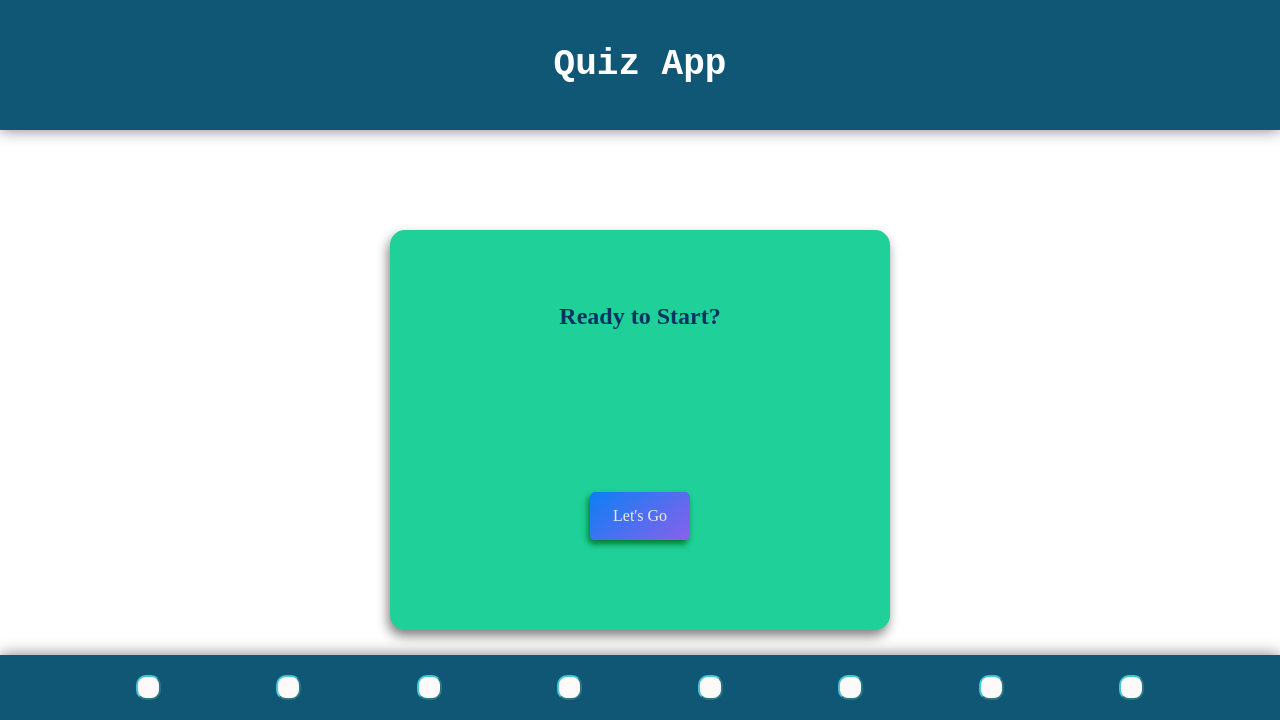
Repository: tpic12/quiz_app
Page: index.html
The author's editor kept a copy of each file at every save. The page is drawn from the files as they stood at one save, then again after the next save.
The browser window is 1280 px wide. The pictures show the whole page.

Above is the page before, as saved 2019-12-14 04:53:37.

### index.html
<!DOCTYPE html>
<html lang="en">

<head>
  <meta charset="UTF-8">
  <meta name="viewport" content="width=device-width, initial-scale=1.0">
  <meta http-equiv="X-UA-Compatible" content="ie=edge">
  <title>Quiz App</title>
  <link href="https://cdnjs.cloudflare.com/ajax/libs/normalize/8.0.1/normalize.min.css" rel="stylesheet"
    type="text/css" />
  <link href="app.css" rel="stylesheet" type="text/css" />
</head>

<body>
  <header>
    <section class='banner'>
      <h1>Quiz App</h1>
    </section>
  </header>
  <main class='display'>

  </main>
  <footer>
    <section class='counts'>
        <div class='count 0'></div>
        <div class='count 1'></div>
        <div class='count 2'></div>
        <div class='count 3'></div>
        <div class='count 4'></div>
        <div class='count 5'></div>
        <div class='count 6'></div>
        <div class='count 7'></div>
    </section>
  </footer>
  <script src="https://code.jquery.com/jquery-3.4.1.slim.js" crossorigin="anonymous"></script>
  <script src="app.js"></script>
</body>

</html>

### app.css
/* Your styles should be mobile-first and responsive */

/**
  * If you are unclear on how to utilize a mobile-first, responsive technique to write your CSS, here is an example:
  *
  * https://github.com/andreacardybailey/responsive_example/blob/master/styles/responsive-base.css
  *
*/
* {
  box-sizing: border-box;
  margin: 0;
}

.banner h1 {
  font-family: monospace;
  font-size: 36px;
}

.banner,
footer {
  color: white;
  font-family: monospace;
  padding: 20px;
  width: 100%;
  text-align: center;
  background-color: hsl(198, 76%, 26%);
  box-shadow: 0px 0px 15px grey;
  border-bottom: none;
  left: 0;
}

.main_card {
  display: flex;
  flex-flow: column wrap;
  margin: auto;
  margin-top: 100px;
  max-width: 500px;
  min-width: 200px;
  min-height: 400px;
  text-align: center;
  justify-content: space-evenly;
  align-content: space-around;
  background-color: hsl(161, 74%, 47%);
  border-radius: 15px;
  padding: 20px;
  border: none;
  box-shadow: -2px 6px 12px grey;
}

button {
  margin: 30%;
  margin-bottom: 10%;
  color: hsl(0, 7%, 92%);
  background: linear-gradient(140deg, hsl(210, 91%, 50%), hsl(258, 78%, 65%));
  border: none;
  max-width: 130px;
  min-width: 100px;
  border-radius: 5px;
  padding: 15px;
  box-shadow: -2px 4px 6px hsl(142, 98%, 24%);
}

.mid-card {
  display: flex;
  flex-flow: column wrap;
  margin: auto;
  margin-top: 100px;
  max-width: 400px;
  min-width: 200px;
  text-align: center;
  align-content: center;
  background-color: hsl(161, 74%, 47%);
  border-radius: 15px;
  padding: 20px;
  border: none;
  box-shadow: -2px 6px 12px grey;
}

.main_card h2 {
  margin-top: 30px;
  font-weight: bolder;
  color: hsl(210, 90%, 20%);
}

.show {
  display: none !important;
}

input {
  margin: 20px 15px 20px 65px;
}

footer {
  position: fixed;
  bottom: 0;
  left: 0;
}

.counts {
  display: flex;
  justify-content: space-evenly;
}

.count {
  border: 2px outset hsl(186, 63%, 55%);
  border-radius: 40%;
  flex-direction: row;
  width: 25px;
  height: 25px;
  background-color: hsl(0, 100%, 99%);
}

h1 {
  font-family: sans-serif;
}

.green {
  background-color: green !important;
}

.red {
  background-color: red !important;
}

#snackbar {
  visibility: hidden;
  min-width: 250px;
  margin-left: -125px;
  background-color: #333;
  color: #fff;
  text-align: center;
  border-radius: 2px;
  padding: 16px;
  position: fixed;
  z-index: 1;
  left: 50%;
  bottom: 30px;
}

#snackbar.show {
  visibility: visible; /* Show the snackbar */
  /* Add animation: Take 0.5 seconds to fade in and out the snackbar.
  However, delay the fade out process for 2.5 seconds */
  -webkit-animation: fadein 0.5s, fadeout 0.5s 2.5s;
  animation: fadein 0.5s, fadeout 0.5s 2.5s;
}

/* Animations to fade the snackbar in and out */
@-webkit-keyframes fadein {
  from {
    bottom: 0;
    opacity: 0;
  }
  to {
    bottom: 30px;
    opacity: 1;
  }
}

@keyframes fadein {
  from {
    bottom: 0;
    opacity: 0;
  }
  to {
    bottom: 30px;
    opacity: 1;
  }
}

@-webkit-keyframes fadeout {
  from {
    bottom: 30px;
    opacity: 1;
  }
  to {
    bottom: 0;
    opacity: 0;
  }
}

@keyframes fadeout {
  from {
    bottom: 30px;
    opacity: 1;
  }
  to {
    bottom: 0;
    opacity: 0;
  }
}

### app.js
/**
 * Example store structure
 */
'use strict';

const STORE = {
  // 5 or more questions are required
  questions: [
    {
      question: 'How many items in a bakers dozen??',
      answers: ['11', '12', '13', '3'],
      correctAnswer: '13'
    },
    {
      question: 'What month is Oktoberfest held?',
      answers: ['September', 'October', 'Every Month', 'August'],
      correctAnswer: 'September'
    },
    {
      question: 'What color is an Orange Blossom?',
      answers: ['Red', 'Orange', 'Pink', 'White'],
      correctAnswer: 'White'
    },
    {
      question: 'Where did the Panama Hat originate?',
      answers: ['Ecuador', 'Panama', 'China', 'Cuba'],
      correctAnswer: 'Ecuador'
    },
    {
      question: 'What are toy marbles made from?',
      answers: ['Plastic', 'Quartz', 'Diamond', 'Glass'],
      correctAnswer: 'Glass'
    },
    {
      question: 'How many gallons are in a ten-gallon hat?',
      answers: [
        'Half a Gallon',
        'Ten-Gallons',
        'Three-Fourths of a Gallon',
        'Give-Gallon'
      ],
      correctAnswer: 'Three-Fourths of a Gallon'
    },
    {
      question: 'What is the biggest animal to ever live?',
      answers: ['Mammoth', 'T-Rex', 'Blue Whale', 'Brontosaurus'],
      correctAnswer: 'Blue Whale'
    },
    {
      question: 'Where is the red-bellied woodpecker predominately red?',
      answers: ['Head', 'Wings', 'Feet', 'Belly'],
      correctAnswer: 'Head'
    }
  ],
  questionNumber: 0,
  score: 0,
  quizStart: false
};

/**
 *
 * Your app should include a render() function, that regenerates
 * the view each time the store is updated. See your course
 * material, consult your instructor, and reference the slides
 * for more details.
 *
 * NO additional HTML elements should be added to the index.html file.
 *
 * You may add attributes (classes, ids, etc) to the existing HTML elements, or link stylesheets or additional scripts if necessary
 *
 */

/**
 * This function renders the quiz after you start, ...
 * answer a question, or restart the quiz
 */
function renderStartQuiz() {
  const mainCard = `<section class="main_card">
      <h2>Ready to Start?</h2>
      <button type='submit' id='start_quiz'>Let's Go</button>
    </section>`;

  $('.display').html(mainCard);

  $('.display').on('click', '#start_quiz', function(event) {
    event.preventDefault();
    STORE.quizStart = true;
    $('.main_card')
      .children()
      .remove();
    handleQuiz();
  });
}
/**
 * renders question one at a time depending on question number
 */
function renderQuestion() {
  if (
    STORE.questionNumber === STORE.questions.length &&
    STORE.questionNumber > 1
  ) {
    renderResults();
  } else {
    const qCard = `<h2>${STORE.questions[STORE.questionNumber].question}</h2>
    <form id="qForm">
        <input type='radio' name='answer' id='q1' value="${
          STORE.questions[STORE.questionNumber].answers[0]
        }"/><label for='q1' id='0'>${
      STORE.questions[STORE.questionNumber].answers[0]
    }</label>
        <input type='radio' name='answer' id='q2' value="${
          STORE.questions[STORE.questionNumber].answers[1]
        }"/><label for='q2' id='1'>${
      STORE.questions[STORE.questionNumber].answers[1]
    }</label><br>
        <input type='radio' name='answer' id='q3' value="${
          STORE.questions[STORE.questionNumber].answers[2]
        }"/><label for='q3' id='2'>${
      STORE.questions[STORE.questionNumber].answers[2]
    }</label>
        <input type='radio' name='answer' id='q4' value="${
          STORE.questions[STORE.questionNumber].answers[3]
        }"/><label for='q4' id='3'>${
      STORE.questions[STORE.questionNumber].answers[3]
    }</label><br>
    </form>
    <button type='submit' id='submit_answer'>Final Answer</button>`;

    $('.main_card').html(qCard);
    $('input:checked').on('su');
    $('.main_card').on('click', '#submit_answer', function(event) {
      event.preventDefault();
      checkAnswer();
      //original next question spot

      $('.main_card')
        .children()
        .remove();

      handleQuiz();
    });
  }
}
/**
 * renders results page

 */

function generateResults(finalScore, numberOfQuestions) {
  return `<h2>You scored ${finalScore} out of ${numberOfQuestions}!</h2><button id='restart'>Restart Quiz</button>`;
}

/* Render results element with button that restarts the quiz*/
function renderResults() {
  let score = STORE.score;
  let num = STORE.questionNumber;

  $('.main_card').html(generateResults(score, num));
  $('#restart').click(function(event) {
    event.preventDefault();
    console.log('Restarting Quiz');
    STORE.questionNumber = 0;
    STORE.score = 0;

    renderQuestion();
  });
}

/**
 * this function checks the correctnes of the answer
 */
function checkAnswer() {
  let form = document.getElementById('qForm');
  let ans = form['answer'];
  for (let i = 0; i < ans.length; i++) {
    //is a button checked
    if (ans[i].checked) {
      //compare value of ans[i] to correct answer
      if (
        ans[i].value === STORE.questions[STORE.questionNumber].correctAnswer
      ) {
        scoreKeeper(true);
      } else {
        scoreKeeper(false);
      }
    }
  }
}

function generateAnswerTooltip(questionAnswer) {
  return `<div class=`.do`>
              <span>Sorry, the correct answer is ${questionAnswer}</span>
          </div>`;
}

function scoreKeeper(bool) {
  if (bool === true) {
    console.log('plus 1 point');
    STORE.score++;
    $(`.${STORE.questionNumber}`)
      .addClass('green')
      .addClass('snackbar')
      .html(`<span>Correct!</span>`);
    $('section.main_card');
    console.log('next q!');
    STORE.questionNumber++;
  }
  if (bool === false) {
    console.log('no points for you');
    $(`.${STORE.questionNumber}`)
      .addClass('red')
      .addClass('tooltip')
      .html(
        generateAnswerTooltip(
          STORE.questions[STORE.questionNumber].correctAnswer
        )
      );
    console.log('next q!');
    STORE.questionNumber++;
  }
}

function handleQuiz() {
  if (STORE.quizStart === false) {
    renderStartQuiz();
  } else {
    renderQuestion();
    handleScore();
    //renderResults();
    restartQuiz();
  }
}

$(handleQuiz);

After the next save:
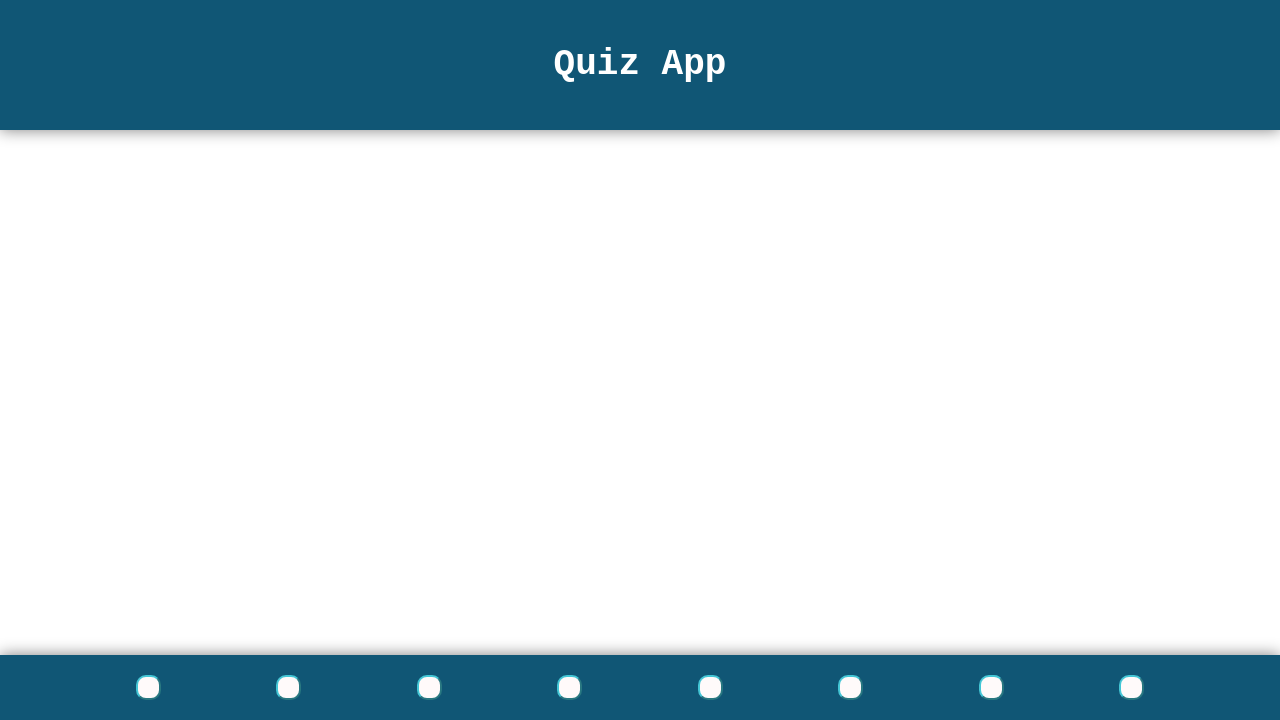
Console error: SyntaxError: Unexpected token '{'
Saved 86 s later.
--- a/app.js
+++ b/app.js
@@ -188,7 +188,7 @@
 }
 
 function generateAnswerTooltip(questionAnswer) {
-  return `<div class=`.do`>
+  return `<div class=`.${STORE.`>
               <span>Sorry, the correct answer is ${questionAnswer}</span>
           </div>`;
 }
@@ -209,7 +209,7 @@
     console.log('no points for you');
     $(`.${STORE.questionNumber}`)
       .addClass('red')
-      .addClass('tooltip')
+      .addClass('snackbar')
       .html(
         generateAnswerTooltip(
           STORE.questions[STORE.questionNumber].correctAnswer

After the save that followed:
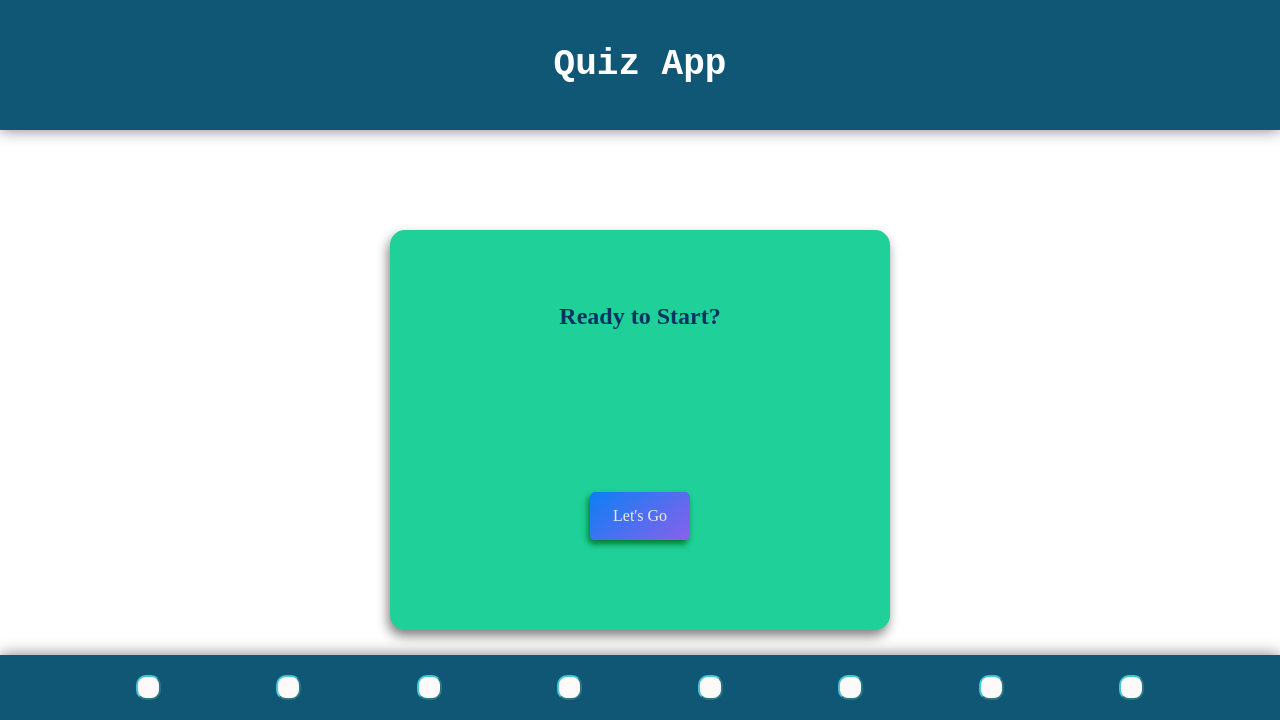
The error is gone.
Saved 2 min 17 s later.
--- a/app.js
+++ b/app.js
@@ -187,8 +187,8 @@
   }
 }
 
-function generateAnswerTooltip(questionAnswer) {
-  return `<div class=`.${STORE.`>
+function generateAnswerSnackbar(questionAnswer) {
+  return `<div class=.${STORE.questionNumber}>
               <span>Sorry, the correct answer is ${questionAnswer}</span>
           </div>`;
 }
@@ -211,7 +211,7 @@
       .addClass('red')
       .addClass('snackbar')
       .html(
-        generateAnswerTooltip(
+        generateAnswerSnackbar(
           STORE.questions[STORE.questionNumber].correctAnswer
         )
       );
